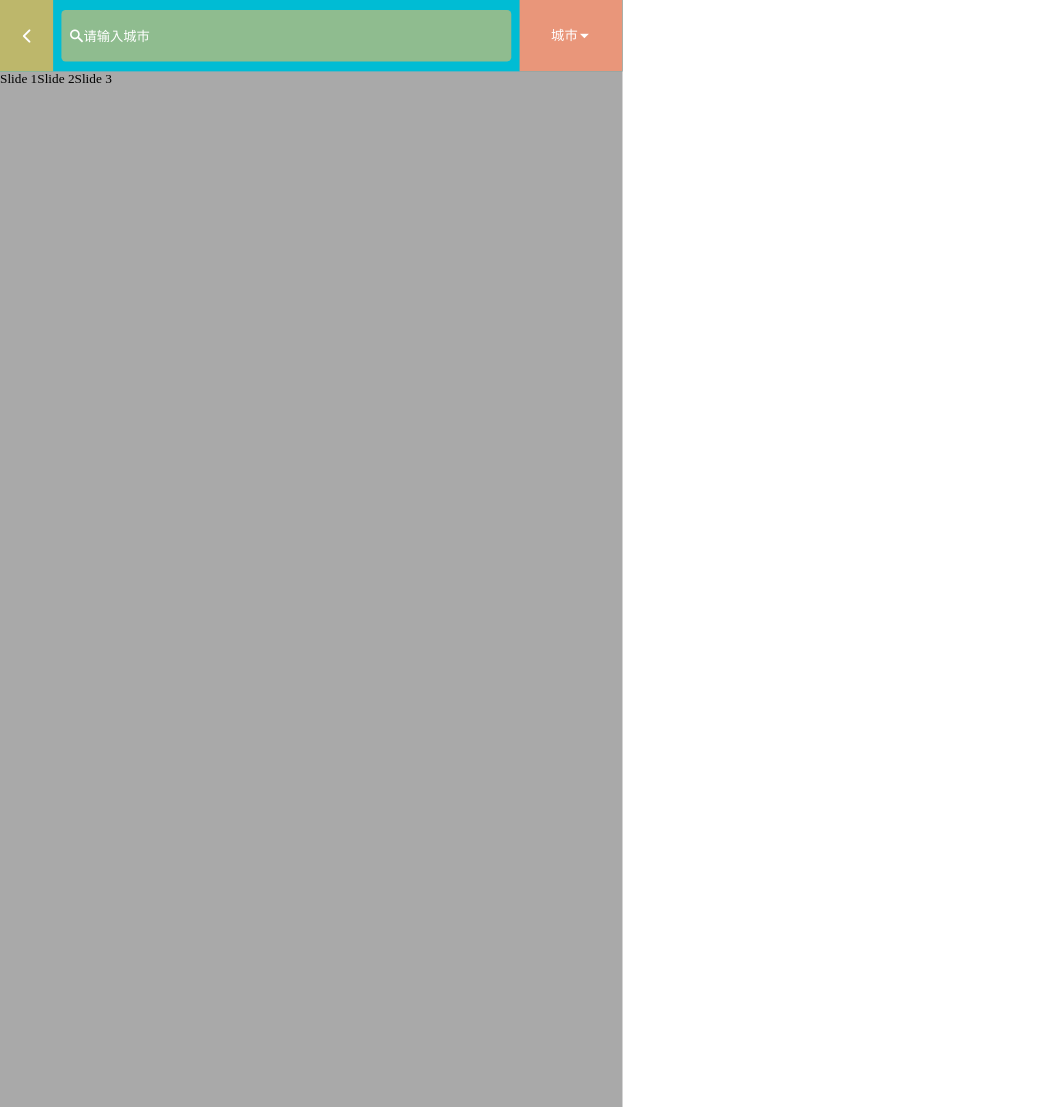
Repository: GitHub-dev666/muke-qunaer
Page: /
These files come from the project's save history. The page is drawn as it stood at one moment and after the next save; the edit follows.
The browser window is 1280 px wide. The pictures show the whole page, at 83% of full size.
The project was rebuilt for these pictures with package versions that can differ from the ones it lists, and the page was loaded fresh each time. Also part of the build but not shown: vue.config.js.

Above is the page before, as saved 2021-02-11 16:32:47.

After the next save:
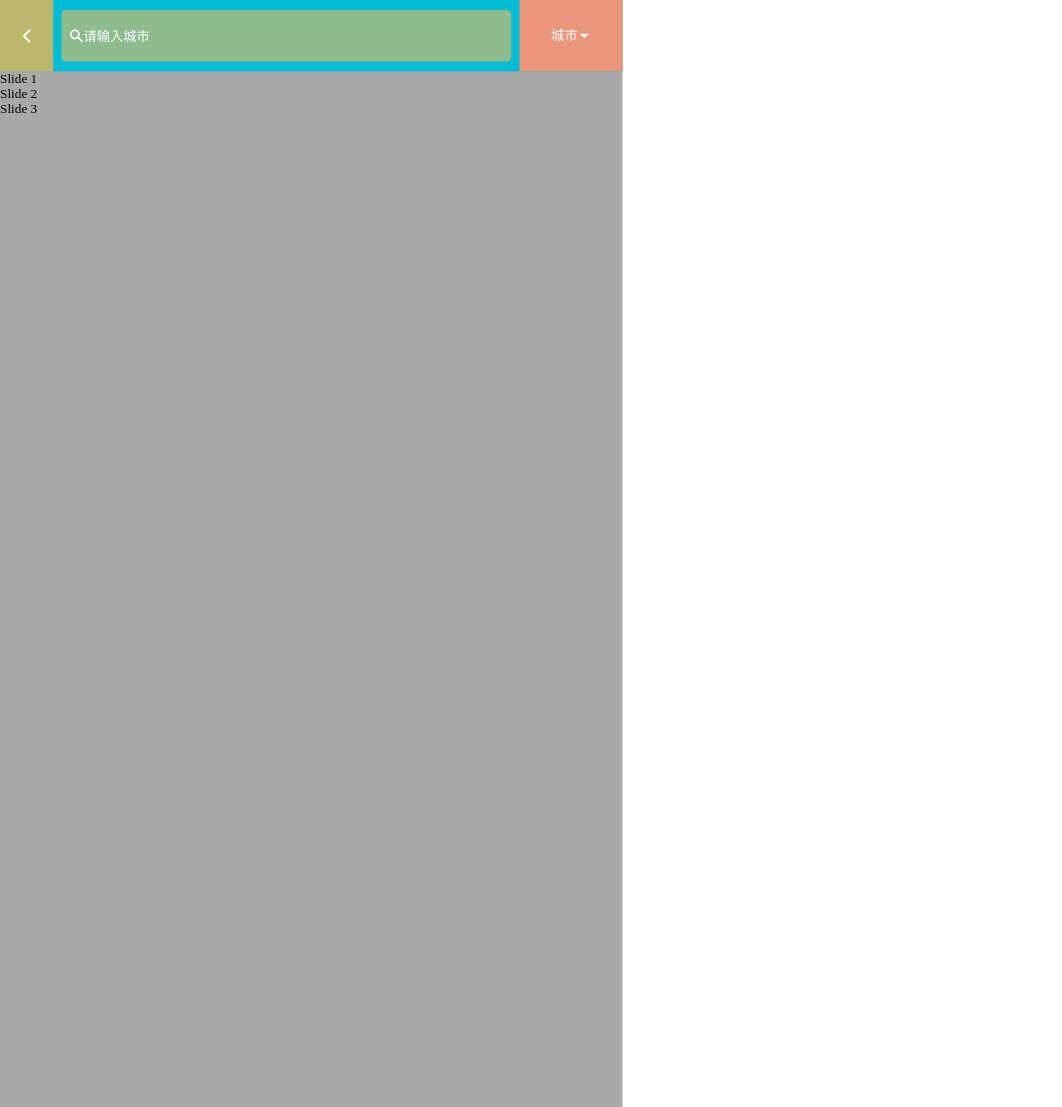
Saved 57 s later.
--- a/src/components/home/homeswiper.vue
+++ b/src/components/home/homeswiper.vue
@@ -13,8 +13,24 @@
     </div>
 </template>
 <script>
-export default {
-}
+import { Swiper, SwiperSlide } from 'swiper/vue';
+
+  // Import Swiper styles
+  import 'swiper/swiper.scss';
+  export default {
+    components: {
+      Swiper,
+      SwiperSlide,
+    },
+    methods: {
+      onSwiper(swiper) {
+        console.log(swiper);
+      },
+      onSlideChange() {
+        console.log('slide change');
+      },
+    },
+  };
 </script>
 <style lang="less" scoped>
 

After the save that followed:
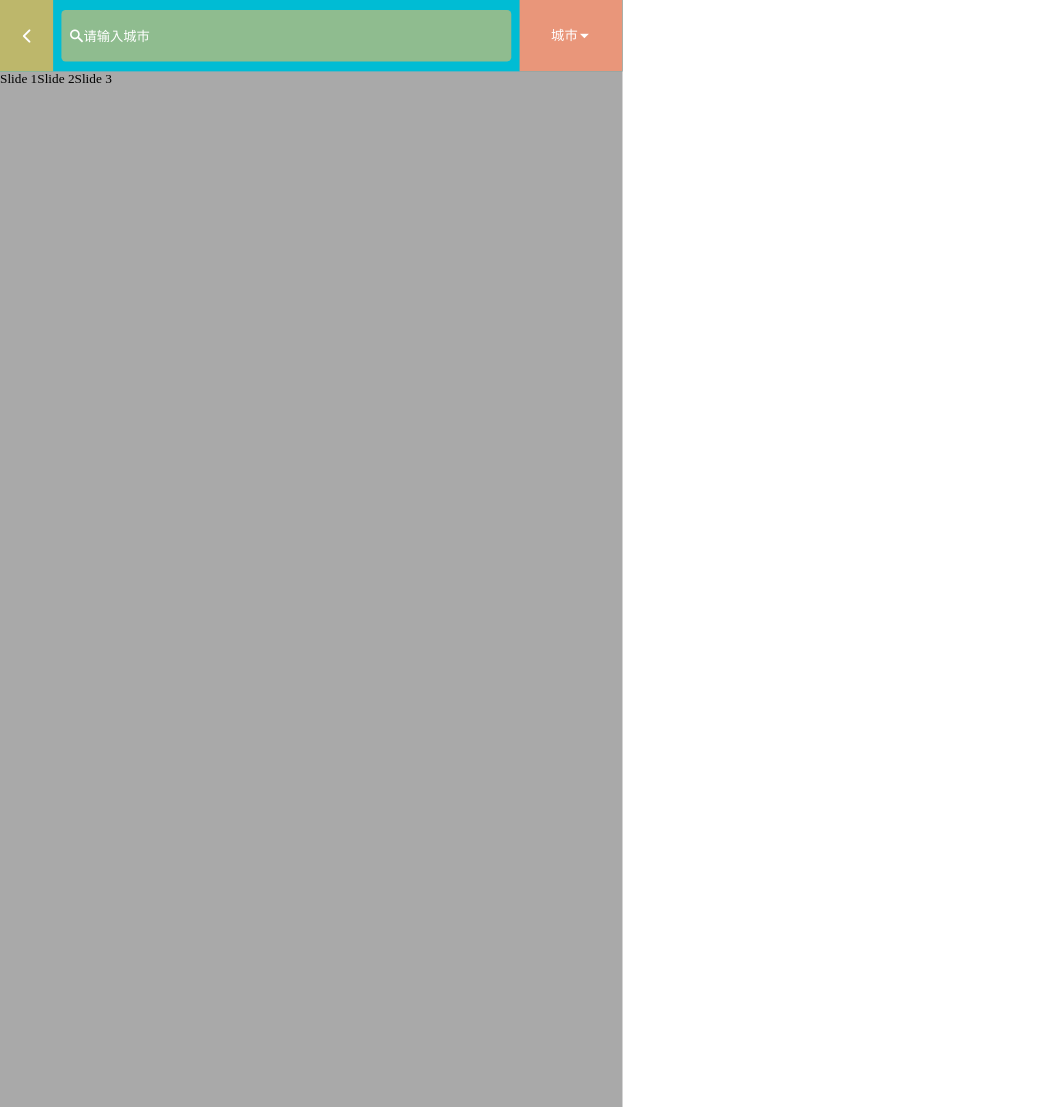
Saved 2 min 6 s later.
--- a/src/components/home/homeswiper.vue
+++ b/src/components/home/homeswiper.vue
@@ -13,24 +13,6 @@
     </div>
 </template>
 <script>
-import { Swiper, SwiperSlide } from 'swiper/vue';
-
-  // Import Swiper styles
-  import 'swiper/swiper.scss';
-  export default {
-    components: {
-      Swiper,
-      SwiperSlide,
-    },
-    methods: {
-      onSwiper(swiper) {
-        console.log(swiper);
-      },
-      onSlideChange() {
-        console.log('slide change');
-      },
-    },
-  };
 </script>
 <style lang="less" scoped>
 
